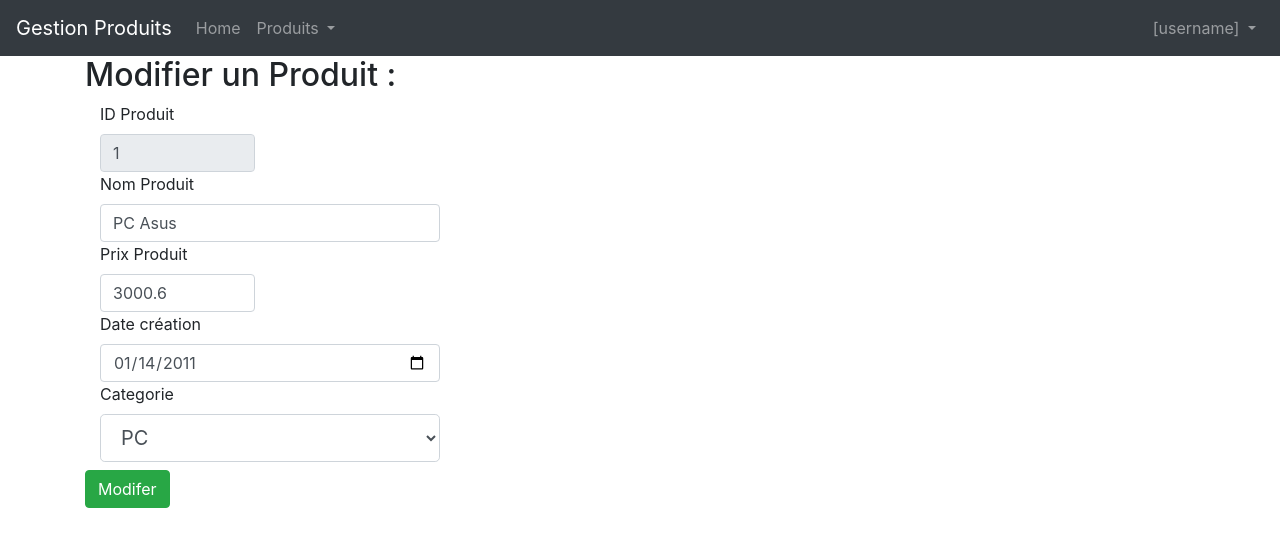
Repository: nadhemBelHadj/Angular_Atelier_Recherche
Page: /updateProduit/1
The author's editor kept a copy of each file at every save. The page is drawn from the files as they stood at one save, then again after the next save.
The browser window is 1280 px wide. The pictures show the whole page.
The project was rebuilt for these pictures with package versions that can differ from the ones it lists, and the page was loaded fresh each time. Also part of the build but not shown: angular.json, src/app/produits/produits.component.ts, src/app/add-produit/add-produit.component.ts.

Above is the page before, as saved 2021-12-07 16:36:24.

After the next save:
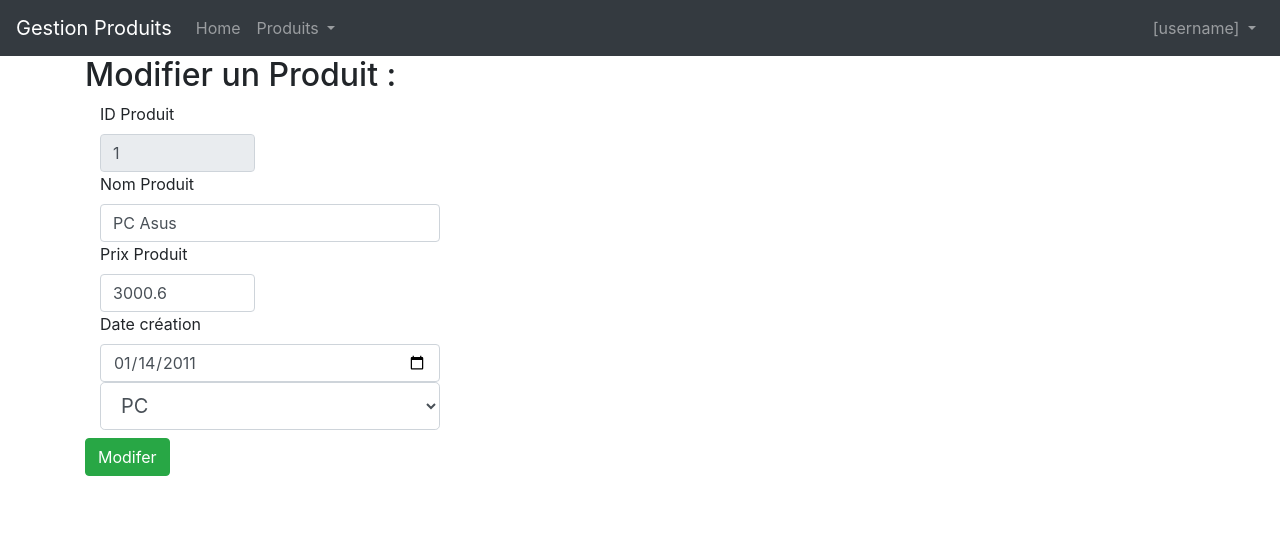
Saved 58 s later.
--- a/src/app/update-produit/update-produit.component.html
+++ b/src/app/update-produit/update-produit.component.html
@@ -27,14 +27,15 @@
                   (ngModelChange)=" currentProduit.dateCreation= $event"   name="dateCreation" class="form-control">
               </div>
 
-               <div class="col-sm-4 col-md-4 col-lg-4">
-                    <label>Categorie</label>
-                      <select class="form-control form-control-lg" id="idCat" name="idCat" [(ngModel)]="currentProduit.categorie.idCat">
-                        <option *ngFor="let cat of categories" [value]="cat.idCat" >
-                              {{cat.nomCat}}
-                        </option>
-                    </select>
+              <div class="col-sm-4 col-md-4 col-lg-4">
+	              <select class="form-control form-control-lg" id="idCat" name="idCat" [(ngModel)]="currentProduit.categorie.idCat">
+	                	<option *ngFor="let cat of categories" [value]="cat.idCat">
+		                	{{cat.nomCat}}
+	                  	</option>
+	              </select>
               </div>
+
+
 
                <div class="mt-2">
                   <button type="submit"  (click)="updateProduit()"  class="btn btn-success">Modifer</button>
